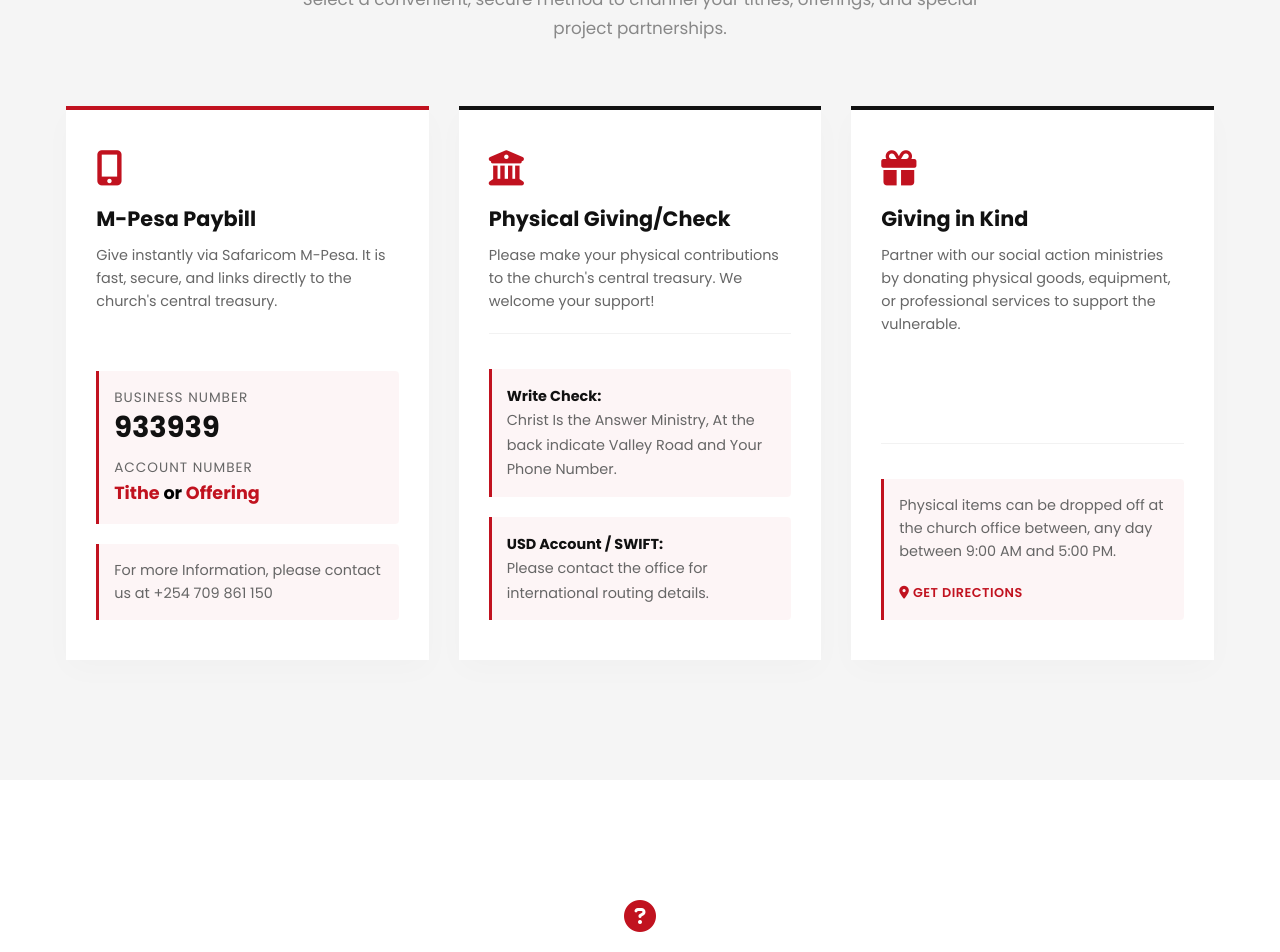
Repository: jereworks/CITAMVRD-Website
Page: give.html
These files come from the project's save history. The page is drawn as it stood at one moment and after a run of saves; the edit follows.
The browser window is 1280 px wide. The pictures show the part of the page from y = 715 to 1667 px (the page is 2565 px tall).

Above is the page before, as saved 2026-06-12 07:55:42.

### give.html
<!DOCTYPE html>
<html lang="en">
<head>
    <meta charset="UTF-8">
    <meta name="viewport" content="width=device-width, initial-scale=1.0">
    <meta name="description" content="Support the ministry at CITAM Valley Road through your tithes, offerings, and partnership. Find our M-Pesa Paybill, Bank details, and other giving methods.">
    <title>Give & Partner | CITAM Valley Road</title>

    <link rel="preconnect" href="https://fonts.googleapis.com">
    <link rel="preconnect" href="https://fonts.gstatic.com" crossorigin>
    <link href="https://fonts.googleapis.com/css2?family=Poppins:wght@300;400;500;600;700;800&display=swap" rel="stylesheet">
    <link rel="stylesheet" href="https://cdnjs.cloudflare.com/ajax/libs/font-awesome/6.4.0/css/all.min.css">

    <link rel="stylesheet" href="css/style.css">
</head>
<body>

    <div class="top-bar">
        <div class="container top-bar-flex">
            <div class="top-info">
                <span><i class="fas fa-phone-alt"></i> +254 709 861 150</span>
                <span><i class="fas fa-envelope"></i> valleyroad@citam.org</span>
                <span><i class="fas fa-map-marker-alt"></i> 28 Valley Rd, Nairobi, Kenya</span>
            </div>
            <div class="top-social">
                <a href="https://www.facebook.com/citamvrdke" target="_blank" aria-label="Facebook"><i class="fab fa-facebook-f"></i></a>
                <a href="https://x.com/CitamVrdKE" aria-label="Twitter"><i class="fab fa-twitter"></i></a>
                <a href="https://www.instagram.com/citamvrdke/" aria-label="Instagram"><i class="fab fa-instagram"></i></a>
                <a href="https://www.youtube.com/@CITAMValleyRoadNPC" aria-label="YouTube"><i class="fab fa-youtube"></i></a>
            </div>
        </div>
    </div>

    <header class="header" id="header">
        <div class="container nav-container">

            <a href="index.html" class="logo" aria-label="CITAM Valley Road Home" style="display: flex; align-items: center; gap: 15px; text-decoration: none;">
                <img src="images/CITAMLOGO.svg" alt="CITAM Logo" style="height: 70px; width: auto; display: block;">

                <div style="display: flex; flex-direction: column; justify-content: center;">
                    <span style="font-size: 2.2rem; font-weight: 800; color: #ffffff; line-height: 0.85; letter-spacing: 2px;">
                        CITAM
                    </span>
                    <span style="font-size: 0.7rem; font-weight: 400; color: #ffffff; line-height: 1; margin-top: 6px; text-transform: uppercase; width: 100%; text-align-last: justify;">
                        Valley Road
                    </span>
                </div>
            </a>

            <nav class="nav-menu" id="nav-menu" aria-label="Main Navigation">
                <ul class="nav-list">
                    <li><a href="index.html">Home</a></li>
                    <li><a href="about.html">About Us</a></li>
                    <li><a href="ministries.html">Ministries</a></li>
                    <li><a href="sermons.html">Sermons</a></li>
                    <li><a href="events.html">Events</a></li>
                    <li><a href="gallery.html">Gallery</a></li>
                    <li><a href="contact.html">Contact</a></li>
                </ul>
            </nav>

            <div class="nav-actions">
                <a href="give.html" class="btn btn-primary btn-nav active">Give / Tithe</a>
                <button class="hamburger" id="hamburger" aria-expanded="false" aria-label="Toggle navigation menu">
                    <i class="fas fa-bars"></i>
                </button>
            </div>
        </div>
    </header>

    <section class="about-hero-banner" style="background: linear-gradient(rgba(17, 17, 17, 0.85), rgba(17, 17, 17, 0.85)), url('https://images.unsplash.com/photo-1529070538774-1843cb3265df?auto=format&fit=crop&w=1920&q=80') no-repeat center center/cover;">
        <div class="container text-center">
            <span class="hero-pre-tag animate-on-scroll reveal-up">Worship & Partner</span>
            <h1 class="animate-on-scroll reveal-up delay-1">Giving & Tithes</h1>
            <p class="hero-subtext animate-on-scroll reveal-up delay-2">Honoring God through our resources to advance the Kingdom, support our community, and impact the world.</p>
        </div>
    </section>

    <section class="section bg-light">
        <div class="container">
            <div class="text-center mb-4">
                <span class="section-subtitle text-primary">Secure Transfer Ecosystems</span>
                <h2 class="section-title">Ways to Give</h2>
                <p class="max-width-text">Select a convenient, secure method to channel your tithes, offerings, and special project partnerships.</p>
            </div>

            <div class="grid-3 mt-4">

                <div class="identity-box card-vision animate-on-scroll reveal-up" style="display: flex; flex-direction: column;">
                    <div style="overflow: visible;">
                        <i class="fas fa-mobile-alt icon-lead text-primary"></i>
                    </div>
                    <h3>M-Pesa Paybill</h3>
                    <p style="flex-grow: 1;">Give instantly via Safaricom M-Pesa. It is fast, secure, and links directly to the church's central treasury.</p>

                    <div style="background: rgba(193, 18, 31, 0.04); border-left: 3px solid var(--primary); padding: 15px; margin-top: 20px; border-radius: 0 4px 4px 0;">
                        <span style="display: block; font-size: 0.85rem; color: var(--text-muted); text-transform: uppercase; letter-spacing: 1px;">Business Number</span>
                        <strong style="display: block; font-size: 1.8rem; color: var(--dark); line-height: 1.2;">933939</strong>

                        <span style="display: block; font-size: 0.85rem; color: var(--text-muted); text-transform: uppercase; letter-spacing: 1px; margin-top: 12px;">Account Number</span>
                        <strong style="display: block; font-size: 1.1rem; color: var(--primary);">Tithe <span style="color: #000000;">or</span> Offering</strong>
                    </div>

                    <div style="background: rgba(193, 18, 31, 0.04); border-left: 3px solid var(--primary); padding: 15px; margin-top: 20px; border-radius: 0 4px 4px 0;">
                        <p style="flex-grow: 1;">For more Information, please contact us at +254 709 861 150</p>
                    </div>

                </div>

                <div class="identity-box animate-on-scroll reveal-up delay-1" style="display: flex; flex-direction: column;">
                    <div style="overflow: visible;">
                        <i class="fas fa-university icon-lead text-primary"></i>
                    </div>
                    <h3>Physical Giving/Check</h3>
                    <p style="flex-grow: 1;">Please make your physical contributions to the church's central treasury. We welcome your support!</p>

                    <div style="border-top: 1px solid rgba(0,0,0,0.05); padding-top: 15px; margin-top: 20px;">
                        <ul style="list-style: none; font-size: 0.9rem;">
                            <li style="background: rgba(193, 18, 31, 0.04); border-left: 3px solid var(--primary); padding: 15px; margin-top: 20px; border-radius: 0 4px 4px 0;">
                                <strong style="color: var(--dark); display: block;">Write Check:</strong>
                                Christ Is the Answer Ministry, At the back indicate Valley Road and Your Phone Number.
                            </li>

                            <li style="background: rgba(193, 18, 31, 0.04); border-left: 3px solid var(--primary); padding: 15px; margin-top: 20px; border-radius: 0 4px 4px 0;">
                                <strong style="color: var(--dark); display: block;">USD Account / SWIFT:</strong>
                                Please contact the office for international routing details.
                            </li>
                        </ul>
                    </div>
                </div>

                <div class="identity-box animate-on-scroll reveal-up delay-2" style="display: flex; flex-direction: column;">
                    <div style="overflow: visible;">
                        <i class="fas fa-gift icon-lead text-primary"></i>
                    </div>
                    <h3>Giving in Kind</h3>
                    <p style="flex-grow: 1;">Partner with our social action ministries by donating physical goods, equipment, or professional services to support the vulnerable.</p>


                    <div style="border-top: 1px solid rgba(0,0,0,0.05); padding-top: 15px; margin-top: 20px;">
                        <div style="background: rgba(193, 18, 31, 0.04); border-left: 3px solid var(--primary); padding: 15px; margin-top: 20px; border-radius: 0 4px 4px 0;">
                            <p style="font-size: 0.9rem; margin-bottom: 15px;">Physical items can be dropped off at the church office between, any day between 9:00 AM and 5:00 PM.  </p>
                            <a href="contact.html" class="action-link" style="color: var(--primary);"><i class="fas fa-map-marker-alt"></i> Get Directions</a>
                        </div>
                    </div>

                </div>

            </div>
        </div>
    </section>

    <section class="section bg-white">
        <div class="container max-width-text">
            <div class="text-center mb-4">
                <i class="fas fa-question-circle text-primary" style="font-size: 2rem; margin-bottom: 15px;"></i>
                <h2 class="section-title">Frequently Asked Questions</h2>
            </div>

            <div class="accordion-container animate-on-scroll reveal-up">

                <div class="accordion-item">
                    <button class="accordion-header" aria-expanded="false">
                        <span>How do I designate my giving for a specific project?</span>
                        <i class="fas fa-plus text-primary transition-smooth"></i>
                    </button>
                    <div class="accordion-content">
                        <p style="padding: 15px 0;">When using M-Pesa, you can indicate the specific project name in the <strong>Account Number</strong> field (e.g., "Building Fund", "Missions", or "Welfare"). For Bank Transfers, please include the designation in your transfer reference notes.</p>
                    </div>
                </div>

                <div class="accordion-item">
                    <button class="accordion-header" aria-expanded="false">
                        <span>Can I set up recurring giving?</span>
                        <i class="fas fa-plus text-primary transition-smooth"></i>
                    </button>
                    <div class="accordion-content">
                        <p style="padding: 15px 0;">Yes. We highly encourage setting up a Standing Order with your bank. This automates your tithes and regular offerings, ensuring consistency. You can use the bank details provided above to set this up with your branch.</p>
                    </div>
                </div>

                <div class="accordion-item">
                    <button class="accordion-header" aria-expanded="false">
                        <span>Is my financial data secure?</span>
                        <i class="fas fa-plus text-primary transition-smooth"></i>
                    </button>
                    <div class="accordion-content">
                        <p style="padding: 15px 0;">Absolutely. All digital transactions are processed directly through Safaricom and our partnered commercial banks. CITAM Valley Road does not intercept, store, or process your direct banking passwords or PINs.</p>
                    </div>
                </div>

            </div>
        </div>
    </section>

    <footer class="footer">
        <div class="container grid-4">
            <div class="footer-col">
                <h3>CITAM<span>Valley Road</span></h3>
                <p>An assembly under Christ Is The Answer Ministries, established to know God and make Him known through practical discipleship structures.</p>
                <div class="social-links">
                    <a href="https://www.facebook.com/citamvrdke" target="_blank" rel="noopener noreferrer" aria-label="Facebook"><i class="fab fa-facebook-f"></i></a>
                    <a href="https://x.com/CitamVrdKE" target="_blank" rel="noopener noreferrer" aria-label="Twitter"><i class="fab fa-twitter"></i></a>
                    <a href="https://www.instagram.com/citamvrdke/" target="_blank" rel="noopener noreferrer" aria-label="Instagram"><i class="fab fa-instagram"></i></a>
                    <a href="https://www.youtube.com/@CITAMValleyRoadNPC" target="_blank" rel="noopener noreferrer" aria-label="YouTube"><i class="fab fa-youtube"></i></a>
                </div>
            </div>
            <div class="footer-col">
                <h4>Quick References</h4>
                <ul>
                    <li><a href="about.html">About Leadership</a></li>
                    <li><a href="ministries.html">Our Ministries</a></li>
                    <li><a href="sermons.html">Sermon Catalogue</a></li>
                    <li><a href="give.html">Give & Tithe</a></li>
                </ul>
            </div>
            <div class="footer-col">
                <h4>Weekly Services</h4>
                <ul>
                    <li>1st Service: Sun 8:30 AM</li>
                    <li>2nd Service: Sun 11:30 AM</li>
                    <li>Youth Assembly: Sun 8:30 AM</li>
                    <li>Tuesday Prayer: 6:00 PM</li>
                </ul>
            </div>
            <div class="footer-col">
                <h4>Central Office</h4>
                <ul>
                    <li><i class="fas fa-map-marker-alt"></i> 28 Valley Rd, Nairobi, Kenya</li>
                    <li><i class="fas fa-phone"></i> +254 709 861 150</li>
                    <li><i class="fas fa-envelope"></i> valleyroad@citam.org</li>
                </ul>
            </div>
        </div>
        <div class="footer-bottom text-center">
            <p>© 2026 CITAM Valley Road. Built for high-performance scale. All Rights Reserved.</p>
        </div>
    </footer>

    <script>
        document.addEventListener('DOMContentLoaded', () => {

            // 1. Sticky Header Intersection
            const header = document.getElementById('header');
            window.addEventListener('scroll', () => {
                if (window.scrollY > 50) {
                    header.classList.add('scrolled');
                } else {
                    header.classList.remove('scrolled');
                }
            });

            // 2. Mobile Nav Toggle
            const hamburger = document.getElementById('hamburger');
            const navMenu = document.getElementById('nav-menu');
            hamburger.addEventListener('click', () => {
                navMenu.classList.toggle('show');
                const isExpanded = hamburger.getAttribute('aria-expanded') === 'true';
                hamburger.setAttribute('aria-expanded', !isExpanded);
            });

            // 3. Cinematic Scroll Reveal via IntersectionObserver
            const observerOptions = {
                root: null,
                rootMargin: '0px',
                threshold: 0.15
            };

            const revealObserver = new IntersectionObserver((entries, observer) => {
                entries.forEach(entry => {
                    if (entry.isIntersecting) {
                        entry.target.classList.add('active');
                        observer.unobserve(entry.target);
                    }
                });
            }, observerOptions);

            const animatableElements = document.querySelectorAll('.animate-on-scroll');
            animatableElements.forEach(el => revealObserver.observe(el));

            // 4. Accordion Logic (Scalable UI Pattern)
            const accordionHeaders = document.querySelectorAll('.accordion-header');

            accordionHeaders.forEach(header => {
                header.addEventListener('click', function() {
                    const content = this.nextElementSibling;
                    const icon = this.querySelector('i');
                    const isOpen = content.style.maxHeight;

                    // Close all other accordions
                    document.querySelectorAll('.accordion-content').forEach(item => {
                        item.style.maxHeight = null;
                    });
                    document.querySelectorAll('.accordion-header i').forEach(item => {
                        item.classList.remove('fa-minus');
                        item.classList.add('fa-plus');
                    });
                    document.querySelectorAll('.accordion-header').forEach(item => {
                        item.setAttribute('aria-expanded', 'false');
                    });

                    // Open clicked if it was closed
                    if (!isOpen) {
                        content.style.maxHeight = content.scrollHeight + "px";
                        icon.classList.remove('fa-plus');
                        icon.classList.add('fa-minus');
                        this.setAttribute('aria-expanded', 'true');
                    }
                });
            });
        });
    </script>
</body>
</html>

Loaded but not shown: css/style.css (1641 lines, source omitted)

After the next 3 saves:
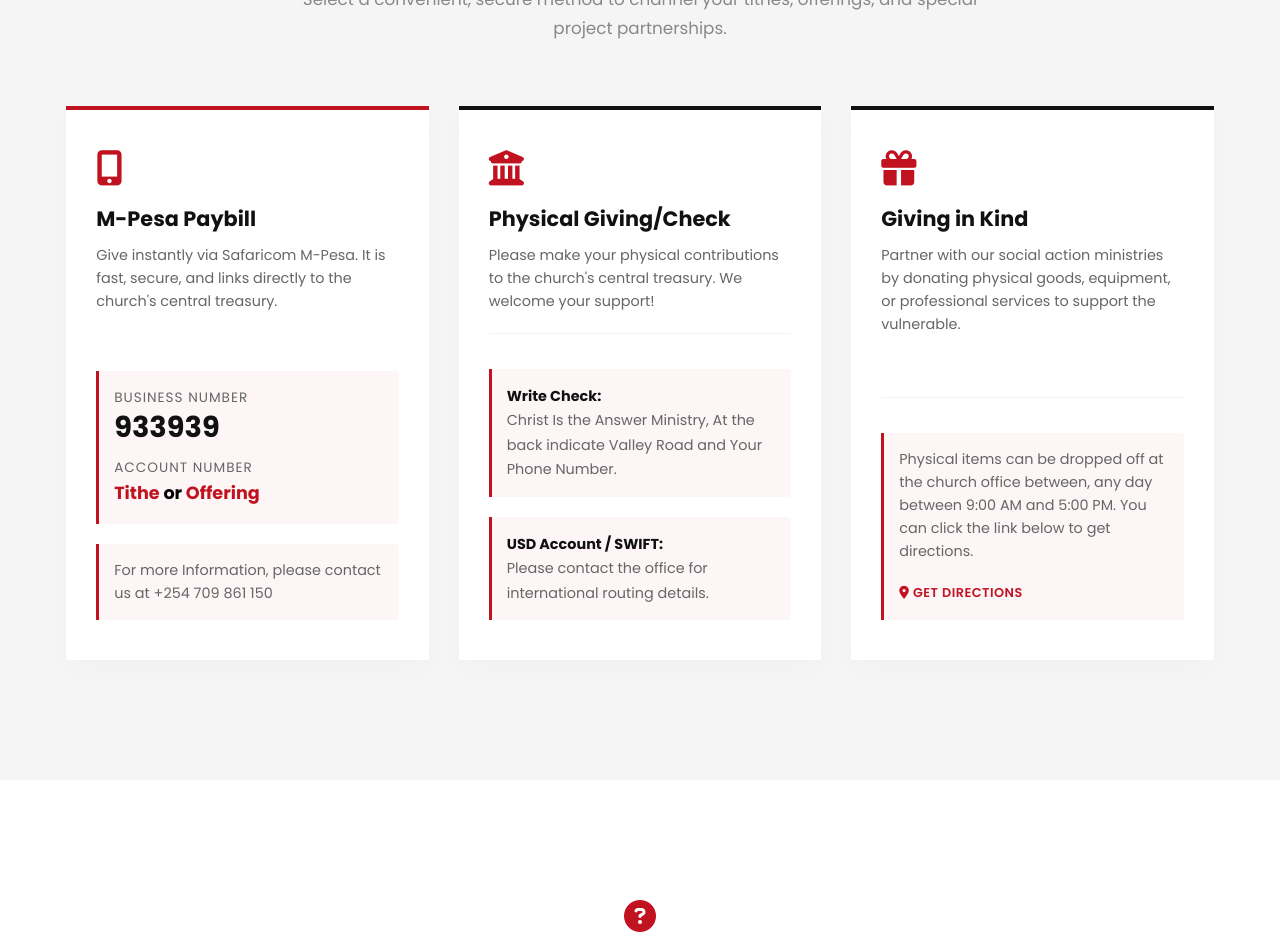
The 3 saves are shown as one change because they came seconds apart.
The last was saved 29 s later.
--- a/give.html
+++ b/give.html
@@ -139,7 +139,7 @@
 
                     <div style="border-top: 1px solid rgba(0,0,0,0.05); padding-top: 15px; margin-top: 20px;">
                         <div style="background: rgba(193, 18, 31, 0.04); border-left: 3px solid var(--primary); padding: 15px; margin-top: 20px; border-radius: 0 4px 4px 0;">
-                            <p style="font-size: 0.9rem; margin-bottom: 15px;">Physical items can be dropped off at the church office between, any day between 9:00 AM and 5:00 PM.  </p>
+                            <p style="font-size: 0.9rem; margin-bottom: 15px;">Physical items can be dropped off at the church office between, any day between 9:00 AM and 5:00 PM. You can click the link below to get directions.</p>
                             <a href="contact.html" class="action-link" style="color: var(--primary);"><i class="fas fa-map-marker-alt"></i> Get Directions</a>
                         </div>
                     </div>
